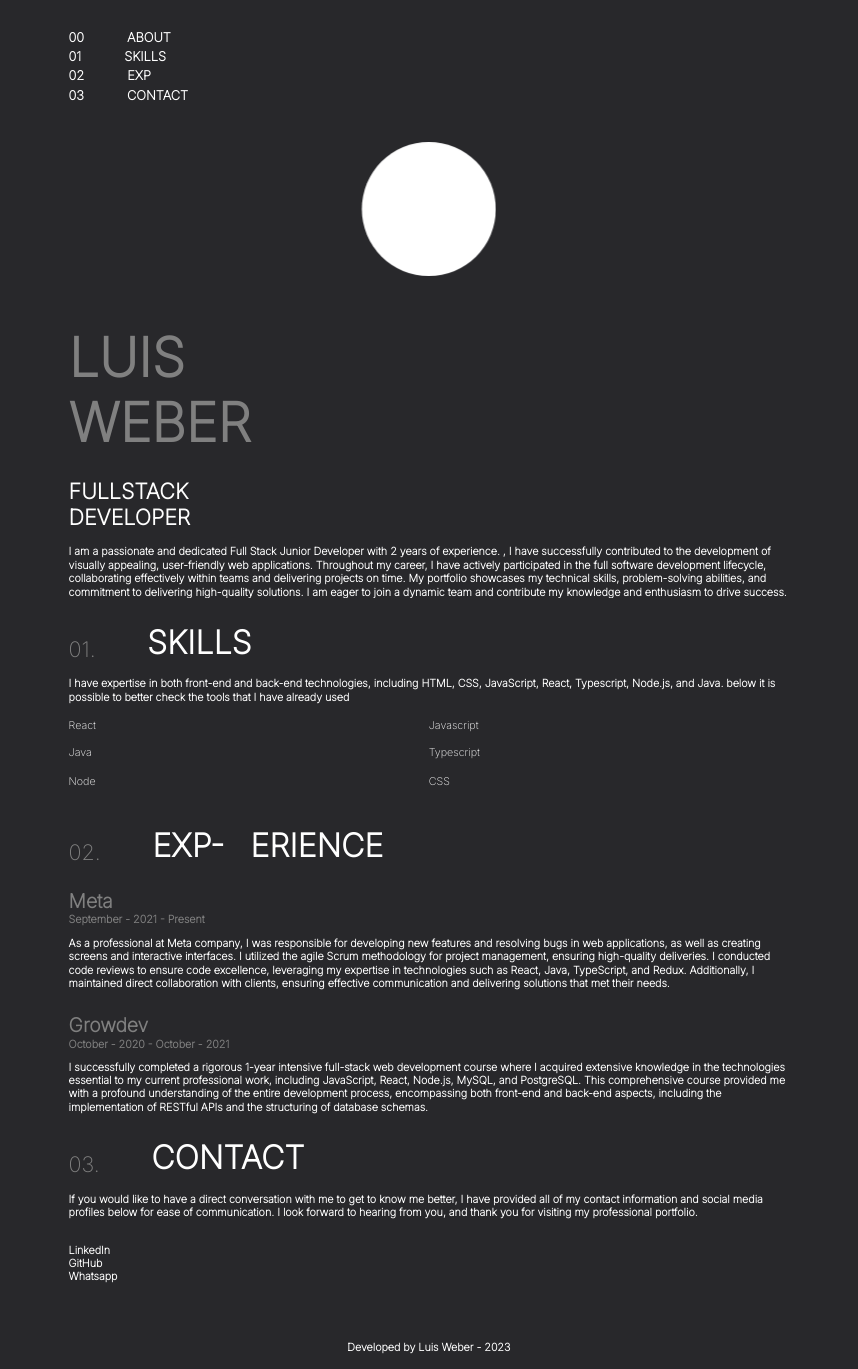
Repository: luiswh1/Portfolio
Page: /
An editor plug-in stored every save of this project. The page is shown before and after the next save, followed by the edit.
The browser window is 1280 px wide. The pictures show the whole page, at 67% of full size.
The project was rebuilt for these pictures with package versions that can differ from the ones it lists, and the page was loaded fresh each time.

Above is the page before, as saved 2023-06-01 19:44:30.

### public/index.html
<!DOCTYPE html>
<html lang="en">
  <head>
    <meta charset="utf-8" />
    <link rel="icon" href="%PUBLIC_URL%/favicon.ico" />
    <meta name="viewport" content="width=device-width, initial-scale=1" />
    <meta name="theme-color" content="#000000" />
    <meta
      name="description"
      content="Web site created using create-react-app"
    />
    <link rel="apple-touch-icon" href="%PUBLIC_URL%/logo192.png" />
    <!--
      manifest.json provides metadata used when your web app is installed on a
      user's mobile device or desktop. See https://developers.google.com/web/fundamentals/web-app-manifest/
    -->
    <link rel="manifest" href="%PUBLIC_URL%/manifest.json" />
    <!--
      Notice the use of %PUBLIC_URL% in the tags above.
      It will be replaced with the URL of the `public` folder during the build.
      Only files inside the `public` folder can be referenced from the HTML.

      Unlike "/favicon.ico" or "favicon.ico", "%PUBLIC_URL%/favicon.ico" will
      work correctly both with client-side routing and a non-root public URL.
      Learn how to configure a non-root public URL by running `npm run build`.
    -->

    <link rel="preconnect" href="https://fonts.googleapis.com">
    <link rel="preconnect" href="https://fonts.gstatic.com" crossorigin>
    <link href="https://fonts.googleapis.com/css2?family=Inter:wght@200&family=Poppins:wght@200;300&display=swap" rel="stylesheet">
    <title>React App</title>
  </head>
  <body>
    <noscript>You need to enable JavaScript to run this app.</noscript>
    <div id="root"></div>
    <!--
      This HTML file is a template.
      If you open it directly in the browser, you will see an empty page.

      You can add webfonts, meta tags, or analytics to this file.
      The build step will place the bundled scripts into the <body> tag.

      To begin the development, run `npm start` or `yarn start`.
      To create a production bundle, use `npm run build` or `yarn build`.
    -->
  </body>
</html>

### src/index.tsx
import React from 'react';
import ReactDOM from 'react-dom/client';
import App from './App';
import GlobalStyle from './styles/globalStyles';

const root = ReactDOM.createRoot(
  document.getElementById('root') as HTMLElement
);
root.render(
  <React.StrictMode>
    <GlobalStyle />
    <App />
  </React.StrictMode>
);

### src/App.tsx
import React from 'react';
import Home from './Pages/Home';

function App() {
  return (
   <Home />
  );
}

export default App;

### src/styles/globalStyles.tsx
import { createGlobalStyle } from 'styled-components'


const GlobalStyle = createGlobalStyle`
* {
    margin: 0;
    font-family: Inter;
  }

html {
  scroll-behavior: smooth;
}

  html, body {
    height: 100%;
    background-color: #28282B;
    color: white;
  }

`

export default GlobalStyle

### src/Pages/Home.tsx
import {
  Container,
  NameSection,
  StyledName,
  InnerContainer,
  Profession,
  About,
  LabelTitle,
  NumberIndex,
  IndexTitle,
  ListSkills,
  SkillItem,
  StyledSpanExp,
  Experience,
  Company,
  Date,
  Description,
  SectionContacts,
  ContactItem,
  FooterSection,
} from "./HomeStyles";
import IndexList from "../Components/IndexList/IndexList";
import { Fade } from "react-awesome-reveal";

const Home = () => {
  return (
    <Container>
      <InnerContainer>
        <Fade direction="down" triggerOnce>
          <IndexList />
        <div style={{width: '200px', height: '200px', backgroundColor: 'white', borderRadius: '50%', margin: 'auto', marginTop: '8vh'}}></div>
          <NameSection>
            <StyledName>
              LUIS <br />
              WEBER
            </StyledName>
          </NameSection>

          <Profession>
            FULLSTACK <br />
            DEVELOPER
          </Profession>

          <About>
            I am a passionate and dedicated Full Stack Junior Developer with 2
            years of experience. , I have successfully contributed to the
            development of visually appealing, user-friendly web applications.
            Throughout my career, I have actively participated in the full
            software development lifecycle, collaborating effectively within
            teams and delivering projects on time. My portfolio showcases my
            technical skills, problem-solving abilities, and commitment to
            delivering high-quality solutions. I am eager to join a dynamic team
            and contribute my knowledge and enthusiasm to drive success.
          </About>

          <LabelTitle>
            <NumberIndex>01.</NumberIndex>
            <IndexTitle>SKILLS</IndexTitle>
          </LabelTitle>

          <About>
            I have expertise in both front-end and back-end technologies,
            including HTML, CSS, JavaScript, React, Typescript, Node.js, and
            Java. below it is possible to better check the tools that I have
            already used
          </About>

          <ListSkills>
            <SkillItem>React</SkillItem>
            <SkillItem>Javascript</SkillItem>
            <SkillItem>Java</SkillItem>
            <SkillItem>Typescript</SkillItem>
            <SkillItem>Node</SkillItem>
            <SkillItem>CSS</SkillItem>
          </ListSkills>

          <LabelTitle id="parent">
            {/* TODO Ajustar o EXP em diferente resoluções de celular, pois está ficando desalinhado com o ERIENCE */}
            <div>
              <NumberIndex>02.</NumberIndex>
            </div>
            <div id="divhaha">
              <StyledSpanExp>EXP-</StyledSpanExp>
              <IndexTitle>ERIENCE</IndexTitle>
            </div>
          </LabelTitle>

          <Experience>
            <Company>Meta</Company>
            <Date>September - 2021 - Present</Date>
            <Description>
              As a professional at Meta company, I was responsible for
              developing new features and resolving bugs in web applications, as
              well as creating screens and interactive interfaces. I utilized
              the agile Scrum methodology for project management, ensuring
              high-quality deliveries. I conducted code reviews to ensure code
              excellence, leveraging my expertise in technologies such as React,
              Java, TypeScript, and Redux. Additionally, I maintained direct
              collaboration with clients, ensuring effective communication and
              delivering solutions that met their needs.
            </Description>
          </Experience>

          <Experience>
            <Company>Growdev</Company>
            <Date>October - 2020 - October - 2021</Date>
            <Description>
              I successfully completed a rigorous 1-year intensive full-stack
              web development course where I acquired extensive knowledge in the
              technologies essential to my current professional work, including
              JavaScript, React, Node.js, MySQL, and PostgreSQL. This
              comprehensive course provided me with a profound understanding of
              the entire development process, encompassing both front-end and
              back-end aspects, including the implementation of RESTful APIs and
              the structuring of database schemas.
            </Description>
          </Experience>

          <LabelTitle>
            <NumberIndex>03.</NumberIndex>
            <IndexTitle>CONTACT</IndexTitle>
          </LabelTitle>

          <About>
            If you would like to have a direct conversation with me to get to
            know me better, I have provided all of my contact information and
            social media profiles below for ease of communication. I look
            forward to hearing from you, and thank you for visiting my
            professional portfolio.
          </About>

          <SectionContacts>
            <ContactItem>LinkedIn</ContactItem>
            <ContactItem>GitHub</ContactItem>
            <ContactItem>Whatsapp</ContactItem>
          </SectionContacts>

          <FooterSection>
            <h4 style={{ marginBottom: "3vh" }}>
              Developed by Luis Weber - 2023
            </h4>
          </FooterSection>
        </Fade>
      </InnerContainer>
    </Container>
  );
};

export default Home;

### src/Pages/HomeStyles.tsx
import { styled } from "styled-components";

export const Container = styled.div`
  width: 100%;
  height: 100%;
  overflow: hidden;
`;

export const InnerContainer = styled.div`
  margin-left: 8vw;
  margin-right: 8vw;
`;

export const NameSection = styled.div`
  width: 100%;
  height: 100%;
  margin-top: 10vh;
`;

export const StyledName = styled.h1`
  font-size: 5em;
  color: gray;
`;

export const Profession = styled.h1`
margin-top: 5vh;
`

export const About = styled.p`
margin-top: 3vh;
color: white;
font-weight: bold;
`
export const LabelTitle = styled.div`
margin-top: 5vh;
display: flex;
align-items: flex-end;
`

export const NumberIndex = styled.span`
  font-size: 2em;
  color: gray;
  margin-right: 3vw;
`;

export const IndexTitle = styled.span`
  font-size: 3em;
  color: white;
  margin-left: 3vw;
  font-weight: bold;
`;


export const ListSkills = styled.div`
margin-top: 3vh;
display: flex;
  flex-wrap: wrap;
`;

export const SkillItem = styled.span`
flex-basis: 50%;
margin-bottom: 3vh;
color: white;
`;

export const StyledSpanExp = styled.span`
font-size: 3em;
color: white;
font-weight: bold;
margin-left: 3vw;
`

export const Experience = styled.section`
margin-top: 5vh;
color: gray;
`

export const Company = styled.h5`
font-size: 1.8em;
`

export const Date = styled.h6`
font-size: 1em;
`

export const Description = styled.p`
color: white;
font-weight: bold;
margin-top: 2vh;
`

export const SectionContacts = styled.p`
margin-top: 5vh;
display: flex;
flex-wrap: wrap;
`

export const ContactItem = styled.span`
flex-basis: 100%;
color: white;
font-weight: bold;
`

export const FooterSection = styled.section`
margin-top: 12vh;
color: white;
font-weight: bold;
display: flex;
justify-content: center;
`

### src/Components/IndexList/IndexList.tsx
import React from "react";
import { Sections, SectionItem } from "./IndexListStyles";

const IndexList = () => {
  return (
    <>
      <Sections>
        <SectionItem>
          <span>00</span>
          <span>ABOUT</span>
        </SectionItem>
        <SectionItem>
          <span>01</span>
          <span>SKILLS</span>
        </SectionItem>
        <SectionItem>
          <span>02</span>
          <span>EXP</span>
        </SectionItem>
        <SectionItem>
          <span>03</span>
          <span>CONTACT</span>
        </SectionItem>
      </Sections>
    </>
  );
};

export default IndexList;

### src/Components/IndexList/IndexListStyles.tsx
import { styled } from "styled-components";

export const Sections = styled.div`
margin-top: 6vh;
`

export const SectionItem = styled.span`
color: white;
font-size: 1.2rem;
font-weight: bold;
display: block;
span:first-child {
    margin-right: 5vw;
  }
  margin-top: 5px;
`

After the next save:
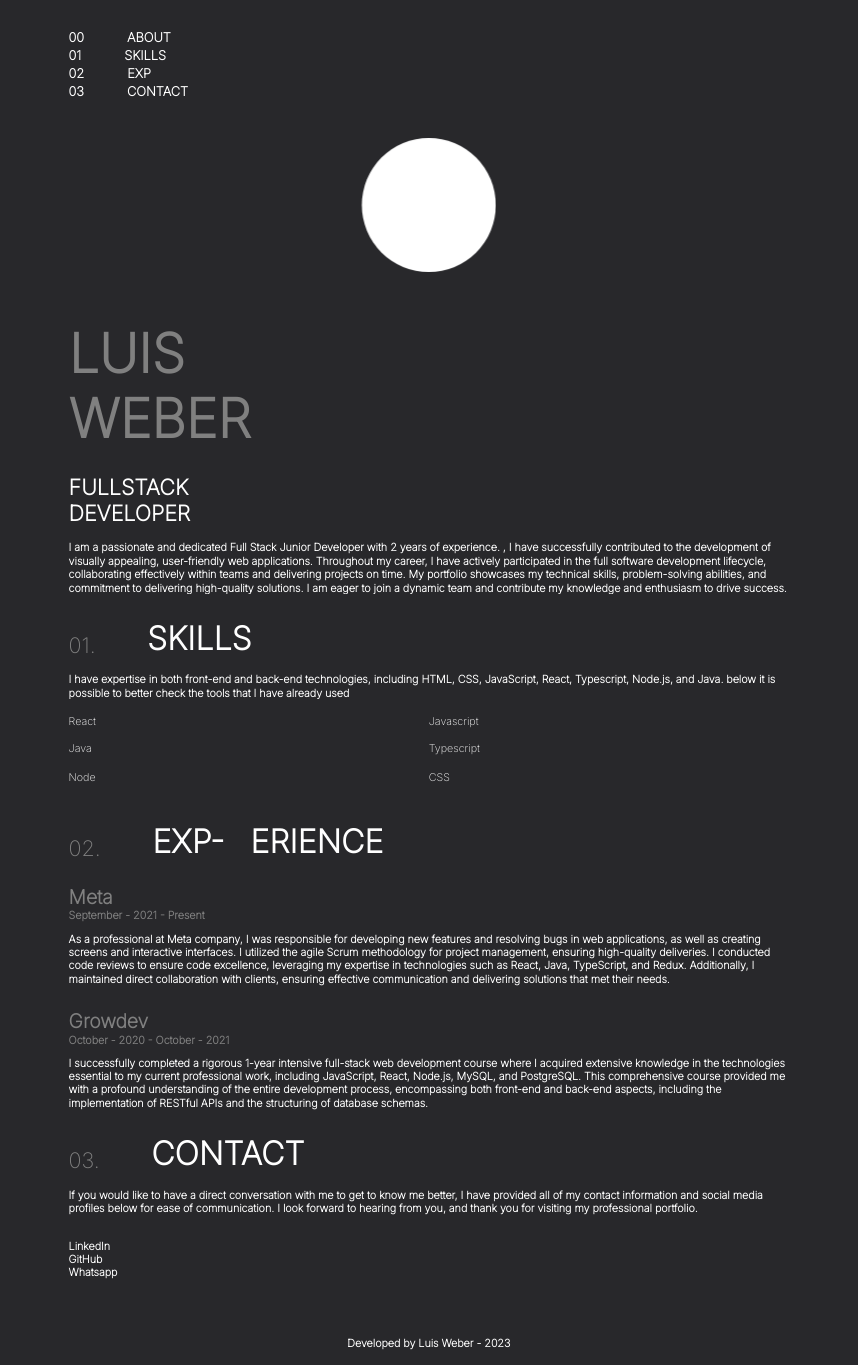
Saved 8 s later.
--- a/src/Components/IndexList/IndexListStyles.tsx
+++ b/src/Components/IndexList/IndexListStyles.tsx
@@ -12,5 +12,5 @@
 span:first-child {
     margin-right: 5vw;
   }
-  margin-top: 5px;
+  margin-top: 3px;
 `

After the save that followed:
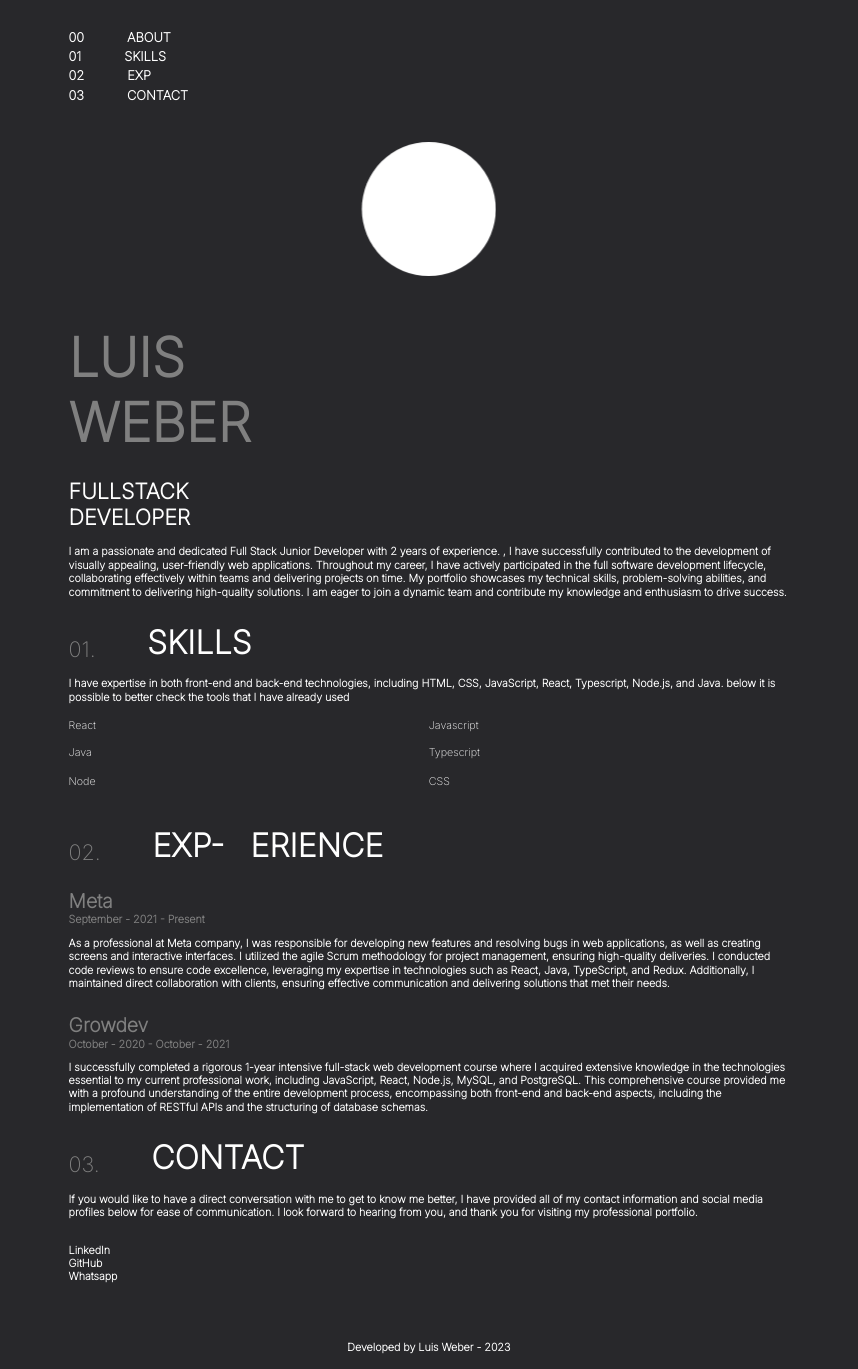
Saved 6 s later.
--- a/src/Components/IndexList/IndexListStyles.tsx
+++ b/src/Components/IndexList/IndexListStyles.tsx
@@ -12,5 +12,5 @@
 span:first-child {
     margin-right: 5vw;
   }
-  margin-top: 3px;
+  margin-top: 5px;
 `
